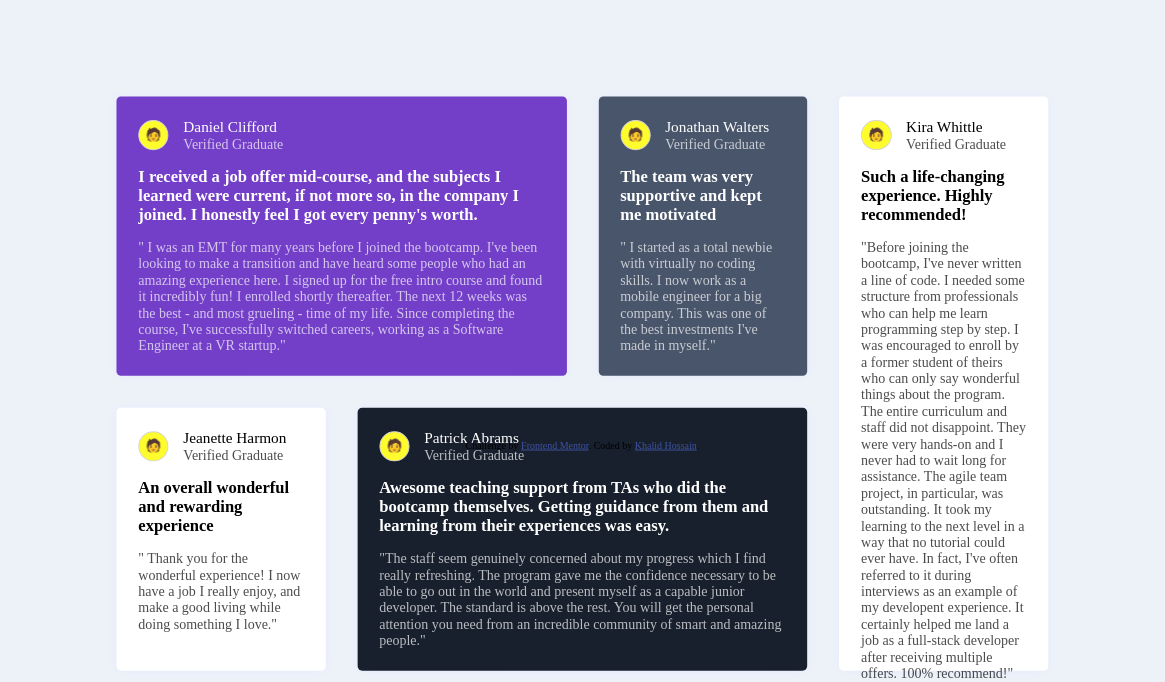
Repository: badhon252/Testimonials-Grid-Section
Page: index.html
These files come from the project's save history. The page is drawn as it stood at one moment and after the next save; the edit follows.
The browser window is 1280 px wide. The pictures show the whole page, at 91% of full size.

Above is the page before, as saved 2023-02-18 23:31:30.

After the next save:
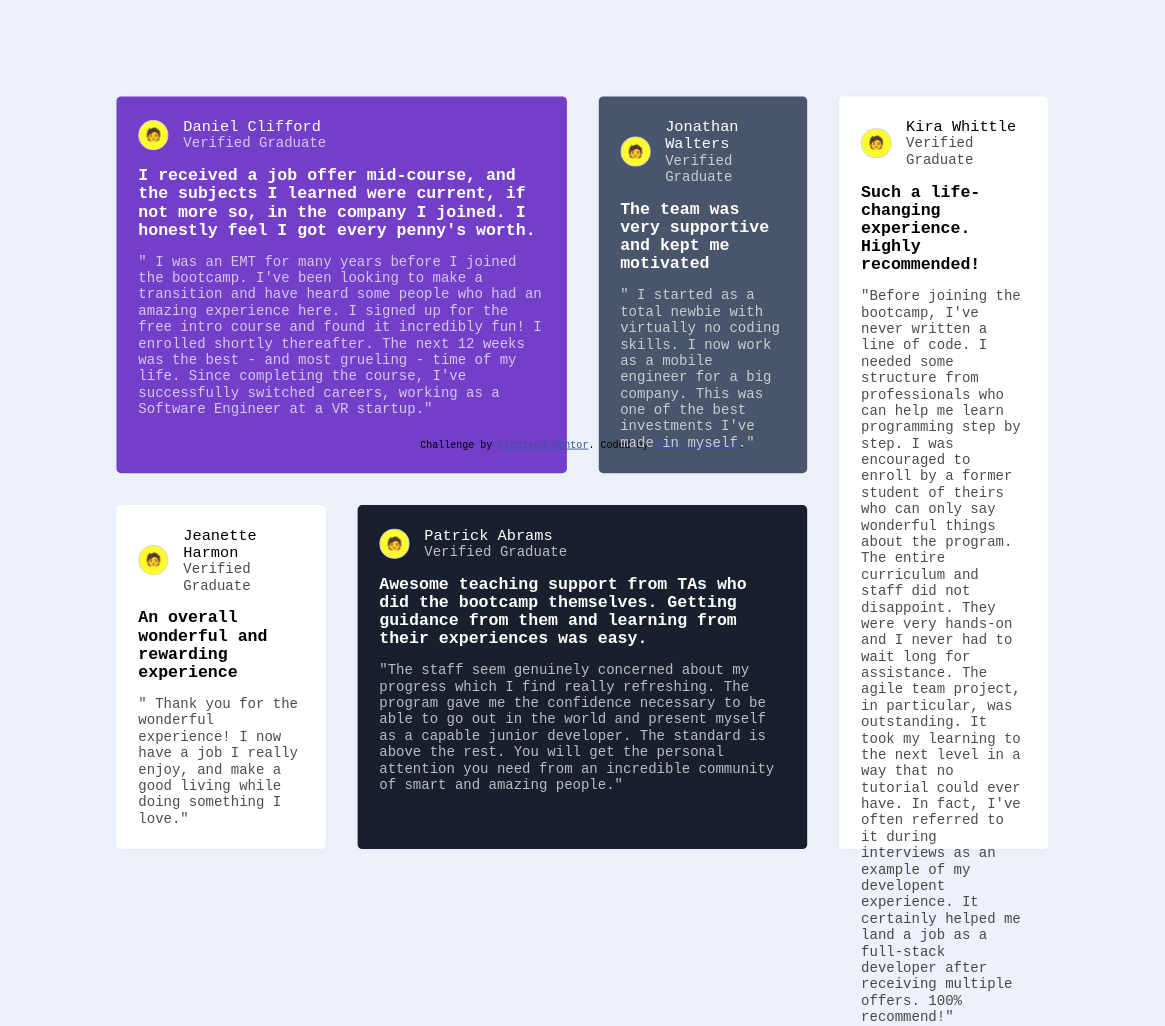
Saved 3 min 6 s later.
--- a/css/style.css
+++ b/css/style.css
@@ -2,7 +2,7 @@
     margin: 0;
     padding: 0;
     box-sizing: border-box;
-    font-family: ubuntu;
+    font-family: 'Courier New', Courier, monospace;
 }
 
 body {
